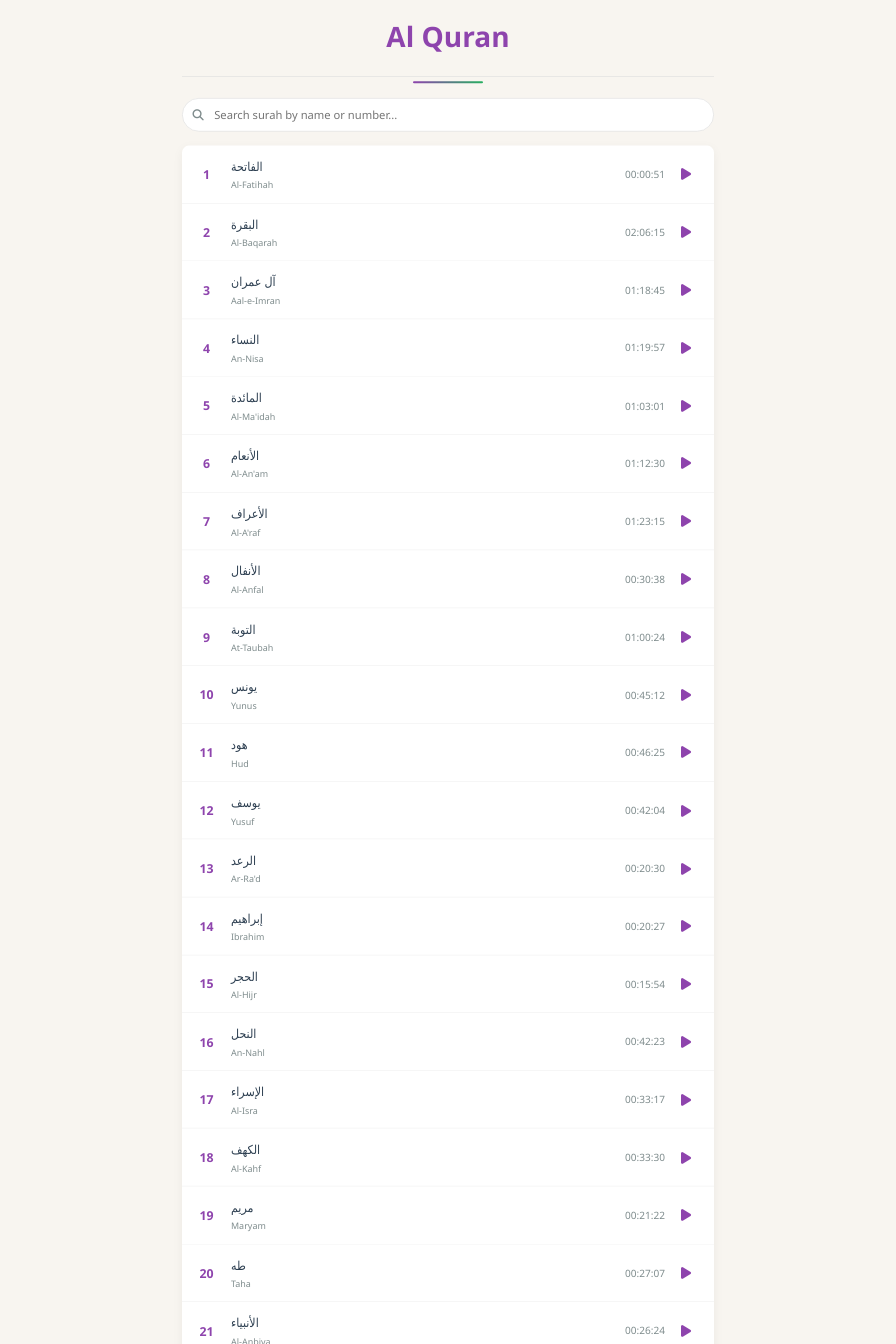
Repository: MohdKaarim/quran
Page: app/src/main/assets/Test.html
The author's editor kept a copy of each file at every save. The page is drawn from the files as they stood at one save, then again after the next save.
The browser window is 1280 px wide. The pictures show the part of the page from y = 0 to 1920 px (the page is 9806 px tall before and 9796 px after), at 70% of full size.

Above is the page before, as saved 2025-07-18 23:29:14.

After the next save:
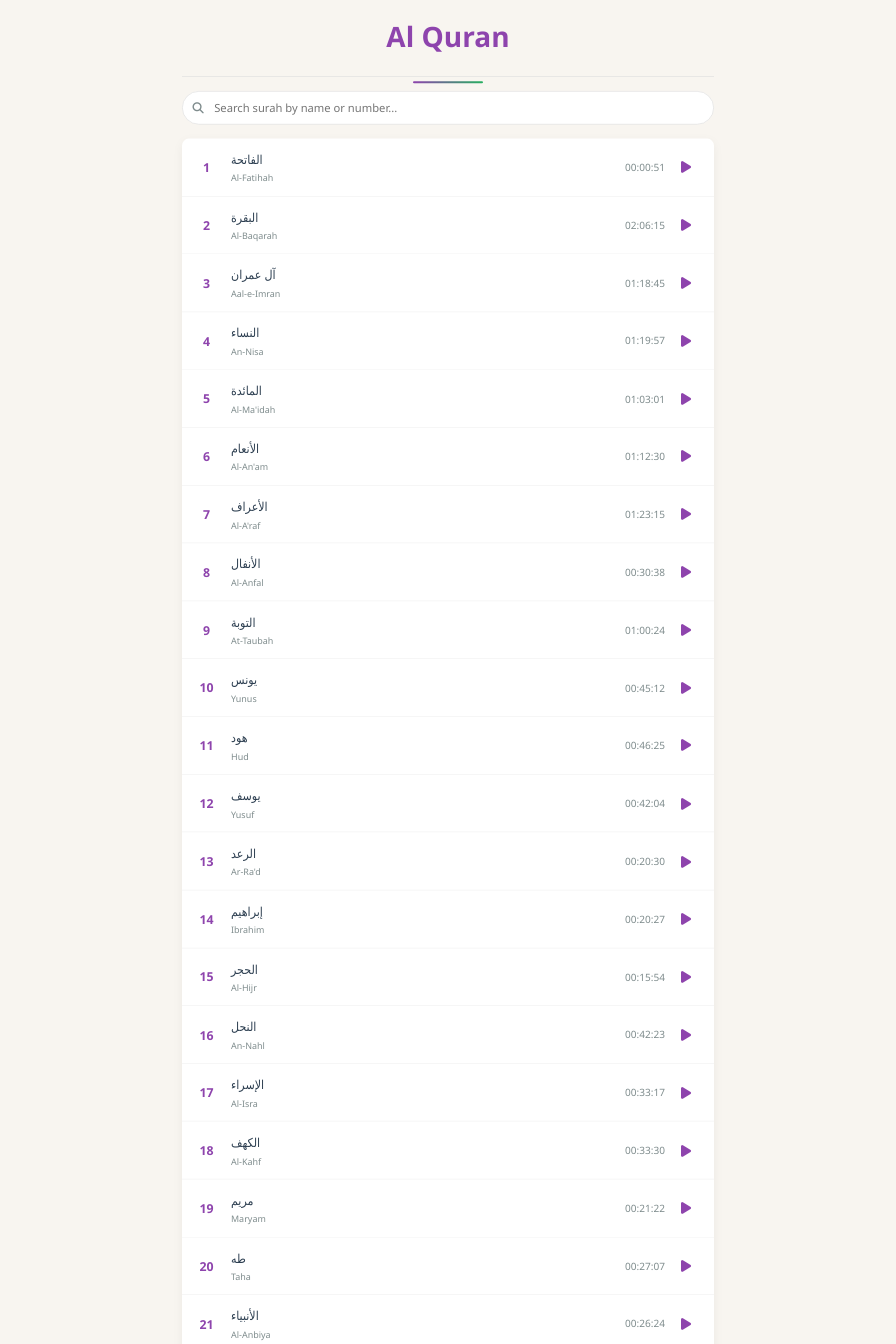
Saved 100 s later.
--- a/app/src/main/assets/Test.html
+++ b/app/src/main/assets/Test.html
@@ -37,7 +37,7 @@
 
     header {
             text-align: center;
-            margin-bottom: 30px;
+            margin-bottom: 20px;
             padding-bottom: 20px;
             border-bottom: 1px solid var(--border-color);
             position: relative;
